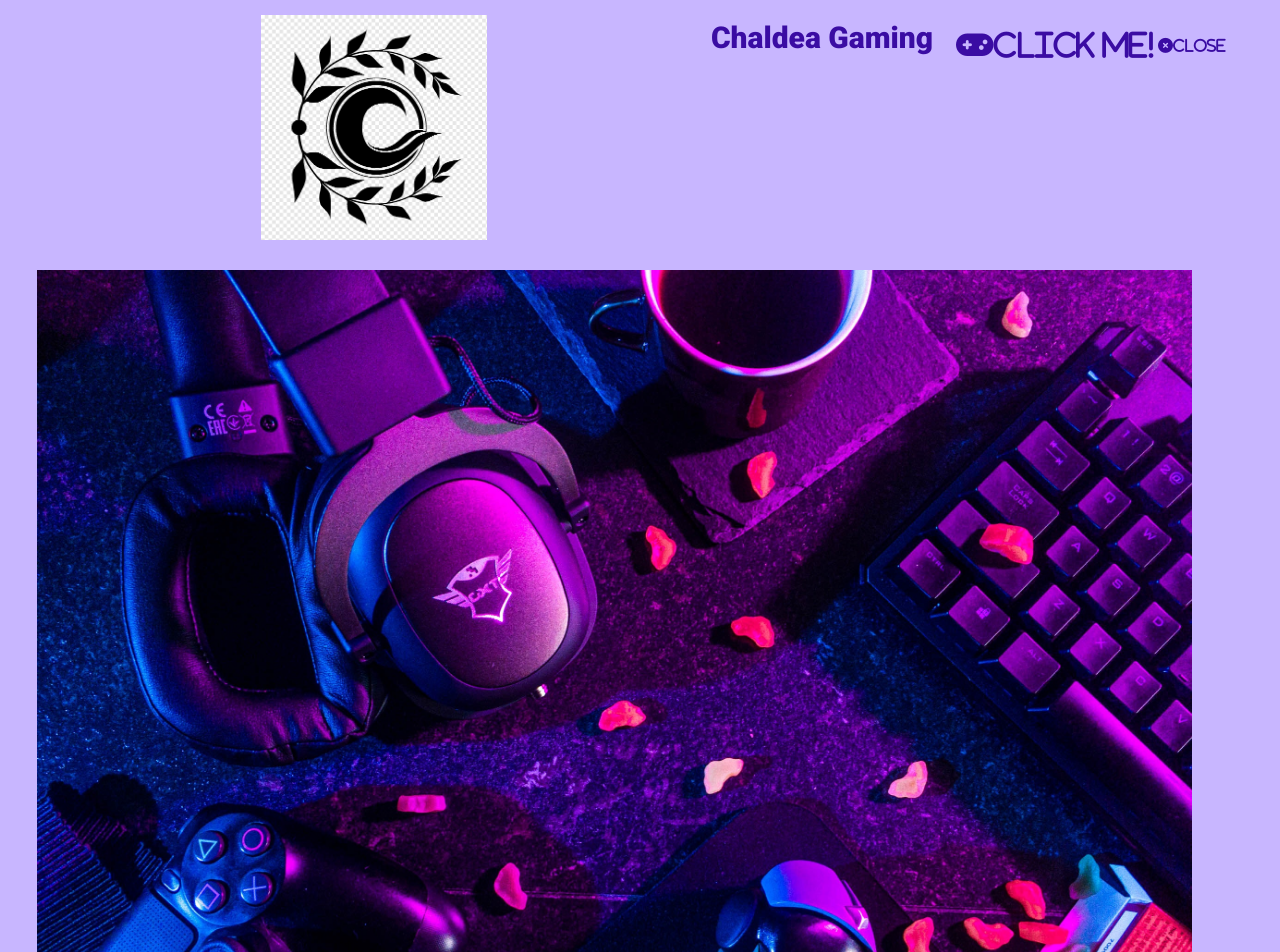
Repository: NyleNC/School-Projects
Page: Hmtl and CSS project/Contact.html
The author's editor kept a copy of each file at every save. The page is drawn from the files as they stood at one save, then again after the next save.
The browser window is 1280 px wide. The pictures show the part of the page from y = 0 to 952 px (the page is 2037 px tall).
A picture or video elsewhere on the page could not be fetched, so the positions and the page height are approximate. Some web libraries are served in a nearby version.

Above is the page before, as saved 2025-01-05 14:52:49.

### Hmtl and CSS project/Contact.html
<!DOCTYPE html>
<html lang="en">
<head>
    <meta charset="UTF-8">
    <meta name="viewport" content="width=device-width, initial-scale=1.0">
    <title>Contact</title>
    <link rel="stylesheet" href="style.css">
    <script src="https://kit.fontawesome.com/1e3ba98075.js" crossorigin="anonymous"></script>
    <link rel="preconnect" href="https://fonts.googleapis.com">
<link rel="preconnect" href="https://fonts.gstatic.com" crossorigin>
<link href="https://fonts.googleapis.com/css2?family=Roboto:wght@400;700;900&display=swap" rel="stylesheet">
<link rel="stylesheet" href="https://cdnjs.cloudflare.com/ajax/libs/font-awesome/4.7.0/css/font-awesome.min.css">
<script src="script.js" defer></script>

</head>
<body>
    <header class="header-con">
        <nav class="main-nav">
            <i id="nav-toggle" class="fa-solid fa-gamepad fa-bounce fa-2xl">Click me!</i>
            <i id="close-btn" class="fa-sharp fa-solid fa-circle-xmark fa-bounce">Close</i>
            <ul id="nav-menu">
                <li><a href="Index.html">Home</a></li>
                <li><a href="About.html">About</a></li>
                <li><a href="Club.html">Club Information</a></li>
                <li><a href="News.html">News and Events</a></li>
                <li><a href="Contact.html">Contact</a></li>
            </ul>
        </nav>
        <div class="logo">
            <img src="Images/Logo.png" alt="Logo" width="100" height="200" >
            <h1>Chaldea Gaming</h1>
     </div>
     <div>
     <img src="Images/Header-picture.jpg" alt="A picture of gaming equipment" width="2000" height="1500" >
     </div>
    </header>
    <main>
        <div>
        <h2>Join Us:</h2>

<p>Ready to embark on an epic gaming journey? Join Chaldea Gaming Club and be part of a community that transcends pixels and screens. Whether you're here for the games, the friendships, or the shared adventures, there's a place for you in our ever-expanding gaming family.

Connect with us on facebook or twitter and stay tuned for upcoming events, challenges, and the latest in the gaming world. Let the games begin!</p>
    </div>
<div>

</div>

<form action="https://webdevbasics.net/scripts/demo.php" method="post">
    <fieldset>
        <legend>Player Information</legend>
            <div class="field-col">
                <div>
                    <label for="firstName">First Name:</label>
                    <input id="firstName" type="text" name="firstName" placeholder="Please Input First Name" required>
                </div>
                <div>
                    <label for="lastName">Last Name:</label>
                    <input id="lastName" type="text" name="lastName" placeholder="Please Input Last Name" required>
                </div>
                <div>
                    <label for="email"> Email:</label>
                    <input id="email" name="email" type="email" placeholder="johndoe@google.com" required>
                </div>
                <div>
                    <label for="gamerTag">Gamer tag:</label>
                    <input id="gamerTag" type="text" name="gamerTag" placeholder="gamertag11 or discord Id">
                </div>
            </div>
        <div  class="field-container">
            <div>
    <img src="Images/joininghands.jpg" alt="a bunch of people's hand joining together" width="2000" height="1500">
        </div>
        <div>
            <img src="Images/gamers.jpg" alt="people playing a game and one lost" width="2000" height="1500">
                </div>
        </div>
    </fieldset>
    <div class="buttons">
        <div><input type="submit" name="submit" value="Submit"></div>
    <div><input type="reset" name="reset" value="Cancel"></div>
    </div>
</form>


</main>
    <footer class="footer">
        <div >
            <p><small>Nyle Bumanglag 2023</small></p>
        </div>
        <div class="social">
            <a href="#" class="fa fa-facebook"></a>
            <a href="#" class="fa fa-twitter"></a>
            <a href="#" class="fa fa-reddit"></a>
        </div>
        </footer>
</body>
</html>

### Hmtl and CSS project/Style.css
body{
    background: #c8b6ff;
    color: #3a0ca3;
    margin:0 auto;
    font-family: 'Roboto', sans-serif;
    font-weight: 400;
    font-size: 1em;
}

.footer {
    height: auto;
    margin:0 auto;
    width: 300px;
    text-align:center;
    color:#3a0ca3;
}
fieldset{
    border:5px groove #26b3de;
    border-radius: 10px;
}

h1{
    text-align: center;
    font-weight: 900;

}
h2 ,h3 {
    font-weight: 700;
    padding: 0 1em;
}

p{
    padding: 0 1em;
}
img {
    width: 95%;
    height: auto;
    margin: 20px auto;
    padding-left: 5px;

}
.main-nav{
   float: right;
   padding: 1.5em;
   margin: 0 auto;
}
.main-nav ul{
    background: #262032;
    color: #000000;
    display:none;
	gap:15px;
    width: 200px;
    height: auto;
    margin: 0 auto;
    transition: all 0.3s ease-in-out;
}
.main-nav ul.show {
    display: block;
}
.main-nav a{
    color: #a8dadc;
    text-decoration: wavy;
}
.main-nav a:hover{
     background-color: #4cc9f0
}



#close-btn:hover {
    background-color: #d32f2f;
}
.main-nav i.hidden {
    display: none;
}
.main-nav i {
    transition: opacity 0.3s ease-in-out;
}
i{

    margin-top: 15px;

}
input[type="submit"]:hover , input[type="reset"]:hover {
	background: #7fa0bd;
	border-color: rgb(127, 164, 189);
}
input[type="text"], input[type="email"]{
	display: block;
	border: 1px outset #800f00;
	border-radius: 5px;
	height: 30px;
	width: 100%;
}
input[type="submit"],input[type="reset"] {
    border-style: groove;
    background:  #ef476f ;
	border-radius: 5px;
    color: white;
	font-size: 0.75em;
	margin-top: 15px;
	padding: 10px ;


}
label{
    font-size: 1em;
    color: #3a0ca3;
    font-weight:400;

}
legend {
	font-size: 1.25em;
	font-weight: 700;
	color:  #3a0ca3 ;
}

/* classes*/
.buttons{
    margin: 0 auto;
    display: flex;
    gap: 7em;
   padding-left:1em;
}
.logo{
    margin: 1em;
   display: flex;

}
.logo img{
    width: 50%;
    height: auto;
}

.about-bkgd{
    background-image:url(Images/aboutbackground.jpg);
    background-position: center;
    background-size: cover;
    padding: 1em;
    border-radius:3px;

}
.about-bkgd img{
    margin: 0 auto;
	width: 25%;
    height: auto;
}
.button-bkgd{
    padding: 15px;
    line-height: 1em;
    background-color: transparent;
    background-size: cover;
    background-position: 50%;
    background-repeat: no-repeat;
    border: 2px solid #26b3de;
    border-radius: 3px;
    text-align: center;
}
.button-bkgd a{
    color: #fff;
    text-decoration: wavy;
}
.button-bkgd a:hover{
    background-color: #a8dadc;
}
.club-bkgd{
    background-image: url(Images/clubbgkd.jpg);
    background-position: center ;
    background-size: cover;
    padding: 1em;
    border-radius:3px;
}

.news-bkgd{
    background-image: url(Images/newsbgkd.jpg);
    background-position: center;
    background-size: cover;
    padding: 1em;
    border-radius:3px;
}
.contact-bkgd{
    background-image: url(Images/contactbgkd.jpg);
    background-position: center ;
    background-size: cover;
    padding: 1em;
    border-radius:3px;
}
.header-con{
    width: 95%;
    height: auto;
    margin: 0 auto;
}
.container{
    margin: 0 auto;
    gap: 1em;
    display: grid;
    grid-template-columns:  1fr 1fr;
	width: 95%;
    height: auto;
    border: 4px solid #26b3de;
    border-radius:3px;
}
.fa {
    padding: 10px;
    font-size: 20px;
    width: 30px;
    text-align: center;
    text-decoration: none;
    margin: 5px 2px;
  }
.fa-facebook {
    background: #3B5998;
    color: white;
  }
  .fa:hover {
      opacity: 0.7;
}
.fa-twitter {
    background: #55ACEE;
    color: white;
}
.fa-reddit {
    background: #ff5700;
    color: white;
  }
.social{
    text-align: right;
    margin-right: 7em;
}
.field-col{
    grid-template-columns: 1fr 1fr ;
    display: grid;
    gap: 10px;
}
.field-container{
    margin: 0 auto;
    gap: 1em;
    display: grid;
    grid-template-columns:  1fr 1fr;
	width: 95%;
    height: auto;

}
.event-news {
    display: flex;

    border:5px solid #b388eb;
    width: 90%;
    gap: 10em;
    padding-left: 5em;
}

.event-news a{
    color: #3a0ca3;
    text-decoration: wavy;
}

.event-news a:hover{
    background-color: #4cc9f0

}

section {
    padding: 15px;
}


.event-container{
    display: grid;
    grid-template-columns: 1fr 1fr;
    width: 95%;
    height: auto;
    text-align: left;
}


@media only screen and (min-width: 768px) {
    .container{
       margin: 0 auto;
        gap: 10px;
        display: grid;
        grid-template-columns:  1fr 1fr 1fr 1fr;
        width: 95%;
        height: auto;

    }
    img{
        margin: 1em auto;

    }
    body{
        margin: 0 auto;
       font-size: 15px;

    }
    .main-nav ul{
    width: 500px;
    height: auto;
    margin: 0 auto;
    }
    .buttons{
        margin: 0 auto;
        display: flex;
        gap: 8em;
       padding-left:9em;
    }
    .logo img{
        width: 25%;
        height: auto;
    }
    .logo{
        margin: 0 auto;
       display: flex;

    }
}

@media only screen and (min-width: 1440px){
    body{
        margin: 0 auto;
        font-size: 2em;

    }
    img{
        margin: 0 1em;
    }
    .container{
        margin: 0 auto;
         gap: 1em;
         display: grid;
         grid-template-columns:   1fr 1fr 1fr 1fr;
         width: 95%;
         height: auto;
         text-align: center;
         padding-right: 1em;
     }

    .main-nav ul{
        width: 500px;
    height: auto;
    margin: 0 auto;
    }
    .social{
        text-align: right;
        margin-right: 2em;
    }
    .buttons{
        margin: 0 auto;
        display: flex;
        gap: 8em;
       padding-left:15em;
    }
    .logo img{
        width: 25%;
        height: auto;
        margin-bottom: 1em;
        margin-top: 1em;
    }

}

@media only screen and (min-width: 1920px){
    body{
        margin: 0 auto;
        font-size: 2em;

    }
    img{
        margin: 0 1em;
        width: 95%;
        height: auto;
    }
    .container{
        margin: 0 auto;
         gap: 1em;
         display: grid;
         grid-template-columns:   1fr 1fr 1fr 1fr;
         width: 95%;
         height: auto;
         text-align: center;
         padding-right: 1em;
     }

    .main-nav ul{
        width: 500px;
    height: auto;
    margin: 0 auto;
    }
    .social{
        text-align: right;
        margin-right: 2em;
    }
    .buttons{
        margin: 0 auto;
        display: flex;
        gap: 8em;
       padding-left:15em;
    }
    .logo img{
        width: 25%;
        height: auto;
        margin-bottom: 1em;
        margin-top: 1em;
    }
    .event-news {
        display: flex;

        border:5px solid #b388eb;
        margin: 0 auto;
        width: 90%;
        gap: 25em;
        padding-left: 10em;
    }
    .field-container{
        margin: 1em auto;
        gap: 1em;
        display: grid;
        grid-template-columns:  1fr 1fr;
        width: 95%;
        height: auto;

    }

}

### Hmtl and CSS project/script.js
document.getElementById("nav-toggle").addEventListener("click", function () {
    const navMenu = document.getElementById("nav-menu");
    const navToggle = document.getElementById("nav-toggle");
    const closeBtn = document.getElementById("close-btn");

    // Toggle the navigation menu visibility
    navMenu.classList.toggle("show");

    // Toggle visibility of "Click me!" and "Close" button
    navToggle.classList.toggle("hidden");
    closeBtn.classList.toggle("hidden");
});

// Close the navigation menu when "Close" button is clicked
document.getElementById("close-btn").addEventListener("click", function () {
    const navMenu = document.getElementById("nav-menu");
    const navToggle = document.getElementById("nav-toggle");
    const closeBtn = document.getElementById("close-btn");

    // Hide the navigation menu
    navMenu.classList.remove("show");

    // Show the "Click me!" button and hide the "Close" button
    navToggle.classList.remove("hidden");
    closeBtn.classList.add("hidden");
});

After the next save:
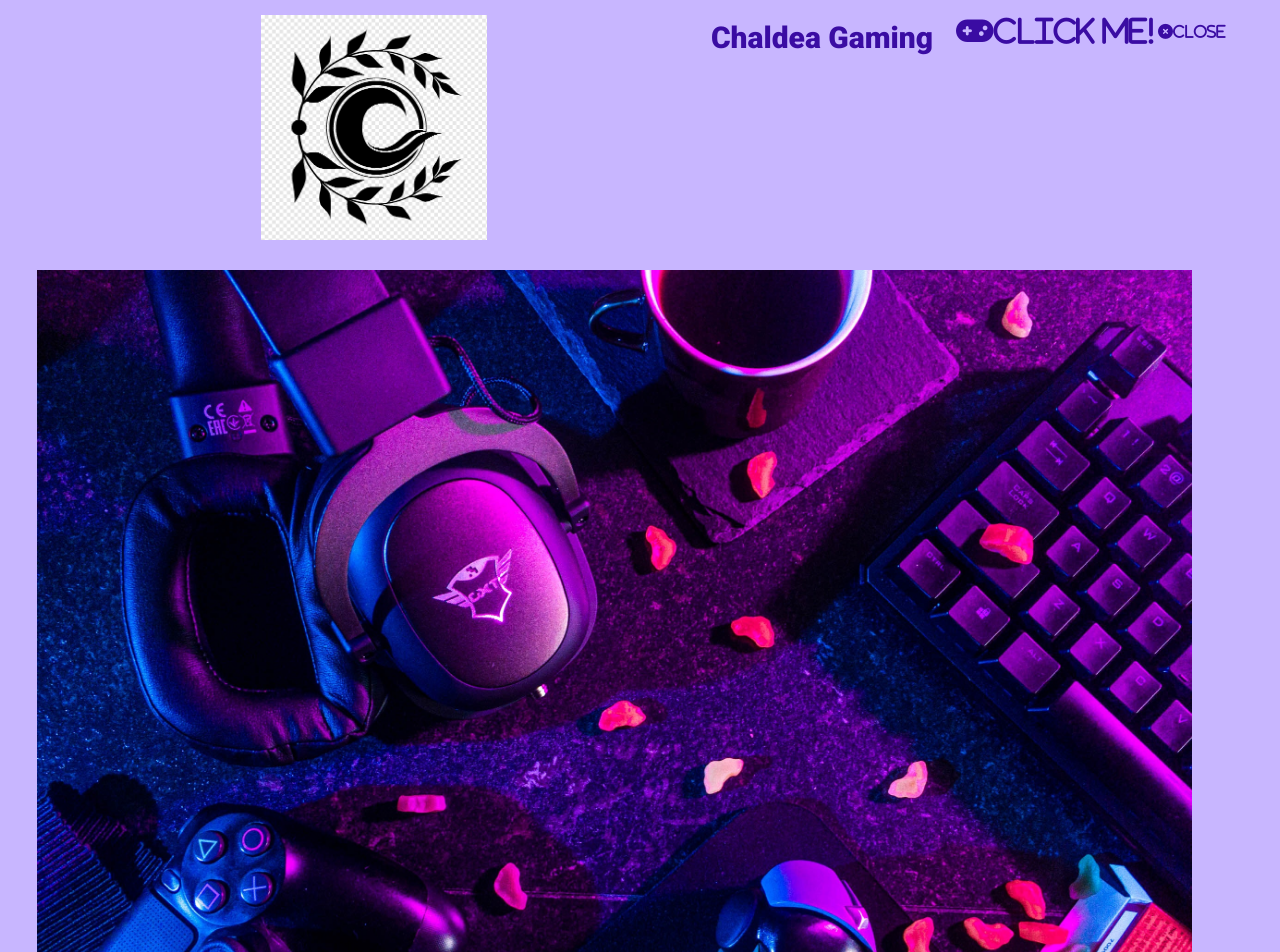
Saved 40 s later.
--- a/Hmtl and CSS project/Style.css
+++ b/Hmtl and CSS project/Style.css
@@ -76,11 +76,7 @@ img {
 .main-nav i {
     transition: opacity 0.3s ease-in-out;
 }
-i{
-
-    margin-top: 15px;
-
-}
+
 input[type="submit"]:hover , input[type="reset"]:hover {
 	background: #7fa0bd;
 	border-color: rgb(127, 164, 189);
